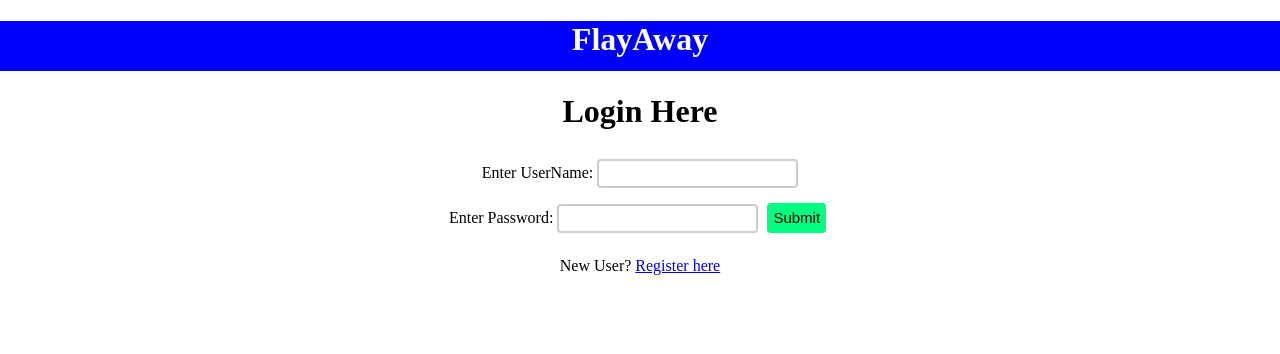
Repository: KartikMuchakandimath/Flyaway
Page: http://localhost/FlayAway/Login.jsp
These files come from the project's save history. The page is drawn as it stood at one moment and after the next save; the edit follows.
The browser window is 1280 px wide. The pictures show the whole page.
The page is served by Tomcat 9. Other server files are loaded and not shown.

Above is the page before, as saved 2022-04-22 19:53:57.

### FlayAway/src/main/webapp/Login.jsp
<%@ page language="java" contentType="text/html; charset=ISO-8859-1"
    pageEncoding="ISO-8859-1"%>
<!DOCTYPE html>
<html>
<head>
<meta charset="ISO-8859-1">
<title>Insert title here</title>
<style>
body{
margin : 0;
padding : 0;
}
.head{
background-color : #0000FF;
color : #fff;
height : 50px;
}
h1{
font-family : "Times New Roman", Times, serif;
}
.login-box{
	margin-top : 40px;
	width : 500px;
	color:#000080;
	border : 1px solid #ccc;
	box-shadow : 0 8px 12px 0px rgba(0,0,0,0.3);
	positive : absolute;
}
input{
  	padding: 5px 10px;
  	margin: 8px 0;
  	display: inline-block;
  	border: 2px solid #ccc;
  	border-radius: 4px;
  	box-sizing: border-box;
}
button{
  	border-radius: 4px;
	border:none;
	height: 30px;
	display : inline-block;
	font-size : 15px;
	background-color: rgb(0, 255, 128);
	margin : 5px;
}

</style>
</head>
<body>
<center>
<div class="head">
<h1>FlayAway</h1>
</div>
<%
	String flightn = request.getParameter("flightno");
        session.setAttribute("flightno", flightn);
	%>
<div class ="Login-box">
<div>
<h1>Login Here</h1>

</div>
<form action="LoginServlet" method="post">
Enter UserName: <input type=" email"  name="email" required="required"><br>
Enter Password: <input type=" password"  name="password" required="required">
<button type="submit">Submit</button>
<p>

			New User? <a href="Registration.jsp?flightno=<% session.setAttribute("flightno",flightn);%>">Register here</a>
			</p>
</form>

</div>
</center>

</body>
</html>

After the next save:
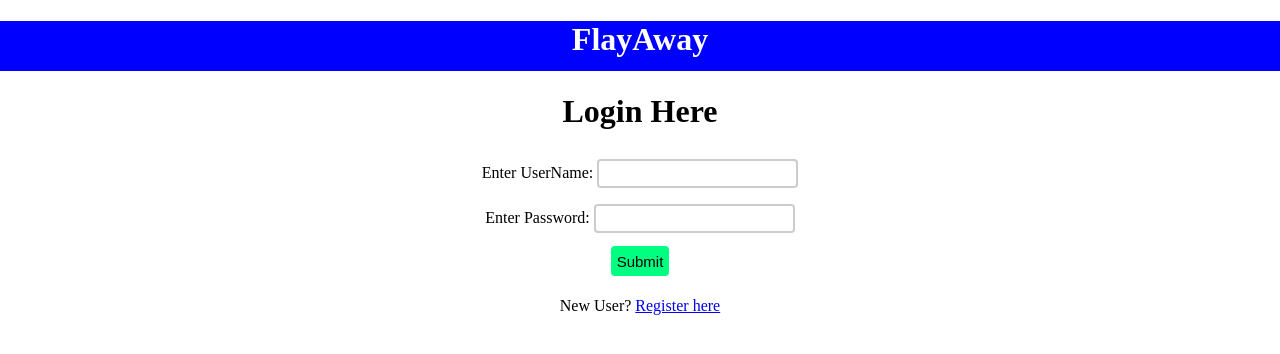
Saved 17 s later.
--- a/FlayAway/src/main/webapp/Login.jsp
+++ b/FlayAway/src/main/webapp/Login.jsp
@@ -62,7 +62,7 @@ button{
 </div>
 <form action="LoginServlet" method="post">
 Enter UserName: <input type=" email"  name="email" required="required"><br>
-Enter Password: <input type=" password"  name="password" required="required">
+Enter Password: <input type=" password"  name="password" required="required"><br>
 <button type="submit">Submit</button>
 <p>
 
